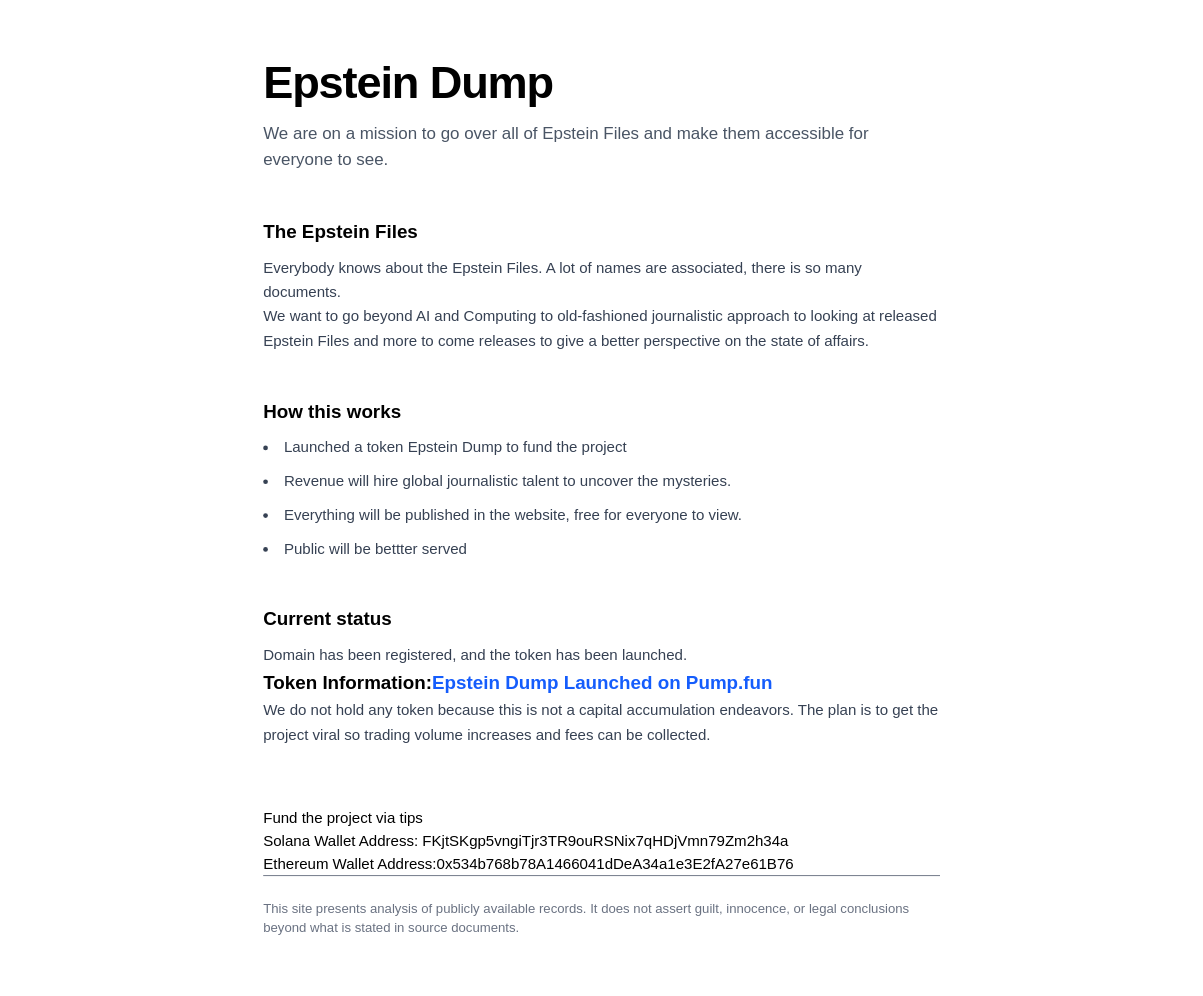
Repository: dayvoid97/epsteindump
Page: /
An editor plug-in stored every save of this project. The page is shown before and after the next save, followed by the edit.
The browser window is 1280 px wide. The pictures show the whole page, at 94% of full size.
The project was rebuilt for these pictures with package versions that can differ from the ones it lists, and the page was loaded fresh each time. The framework's server and built-in components were replaced by stand-ins that run in the browser. Also part of the build but not shown: next.config.ts.

Above is the page before, as saved 2026-02-02 02:30:38.

### app/layout.tsx
import type { Metadata } from 'next'
import { Geist, Geist_Mono } from 'next/font/google'
import Script from 'next/script'
import './globals.css'

const geistSans = Geist({
  variable: '--font-geist-sans',
  subsets: ['latin'],
})

const geistMono = Geist_Mono({
  variable: '--font-geist-mono',
  subsets: ['latin'],
})

export const metadata: Metadata = {
  title: 'The Epstein Files',
  description: 'Readable analysis of publicly released Epstein-related documents.',
}

export default function RootLayout({
  children,
}: Readonly<{
  children: React.ReactNode
}>) {
  return (
    <html lang="en">
      <head>
        {/* Google Analytics (GA4) */}
        <Script
          src="https://www.googletagmanager.com/gtag/js?id=G-BQLDPN3H1B"
          strategy="afterInteractive"
        />
        <Script id="ga4-init" strategy="afterInteractive">
          {`
            window.dataLayer = window.dataLayer || [];
            function gtag(){dataLayer.push(arguments);}
            gtag('js', new Date());
            gtag('config', 'G-BQLDPN3H1B');
          `}
        </Script>
        {/* End Google Analytics */}
      </head>

      <body className={`${geistSans.variable} ${geistMono.variable} antialiased`}>{children}</body>
    </html>
  )
}

### app/page.tsx
export default function Home() {
  return (
    <main className="min-h-screen bg-white text-black">
      <div className="max-w-3xl mx-auto px-6 py-16">
        {/* Header */}
        <header className="mb-12">
          <h1 className="text-4xl md:text-5xl font-semibold tracking-tight">Epstein Dump</h1>
          <p className="mt-4 text-lg text-gray-600">
            We are on a mission to go over all of Epstein Files and make them accessible for
            everyone to see.
          </p>
        </header>

        {/* Mission */}
        <section className="mb-12">
          <h2 className="font-bold text-xl  mb-3">The Epstein Files</h2>
          <p className="text-gray-700 leading-relaxed">
            Everybody knows about the Epstein Files. A lot of names are associated, there is so many
            documents.
          </p>

          <p className="text-gray-700 leading-relaxed">
            We want to go beyond AI and Computing to old-fashioned journalistic approach to looking
            at released Epstein Files and more to come releases to give a better perspective on the
            state of affairs.
          </p>
        </section>

        {/* What to Expect */}
        <section className="mb-12">
          <h2 className="text-xl font-bold mb-3">How this works</h2>
          <ul className="space-y-3 text-gray-700 list-disc list-inside">
            <li>Launched a token Epstein Dump to fund the project</li>
            <li>Revenue will hire global journalistic talent to uncover the mysteries. </li>
            <li>Everything will be published in the website, free for everyone to view. </li>
            <li>Public will be bettter served</li>
          </ul>
        </section>

        {/* Status */}
        <section className="mb-16">
          <h2 className="text-xl font-bold mb-3">Current status</h2>
          <p className="text-gray-700 leading-relaxed">
            Domain has been registered, and the token has been launched.
          </p>
          <p className=" font-bold text-xl  leading-relaxed">
            Token Information:
            <a
              href="https://pump.fun/coin/AjRmSm4ZyLYUZ9ftCfi5yzLexpvPSRJtbccKJ99Dpump"
              className="text-blue-600"
            >
              Epstein Dump Launched on Pump.fun
            </a>
          </p>
          <p className="text-gray-700 leading-relaxed">
            We do not hold any token because this is not a capital accumulation endeavors. The plan
            is to get the project viral so trading volume increases and fees can be collected.
          </p>
        </section>

        <section>
          <h2> Fund the project via tips</h2>

          <p>
            <span>Solana Wallet Address:</span>{' '}
            <span>FKjtSKgp5vngiTjr3TR9ouRSNix7qHDjVmn79Zm2h34a</span>{' '}
          </p>
          <p>
            Ethereum Wallet Address:<span>0x534b768b78A1466041dDeA34a1e3E2fA27e61B76</span>{' '}
          </p>
        </section>

        {/* Footer */}
        <footer className="border-t pt-6 text-sm text-gray-500">
          <p>
            This site presents analysis of publicly available records. It does not assert guilt,
            innocence, or legal conclusions beyond what is stated in source documents.
          </p>
        </footer>
      </div>
    </main>
  )
}

Loaded but not shown: app/globals.css (common file)

After the next save:
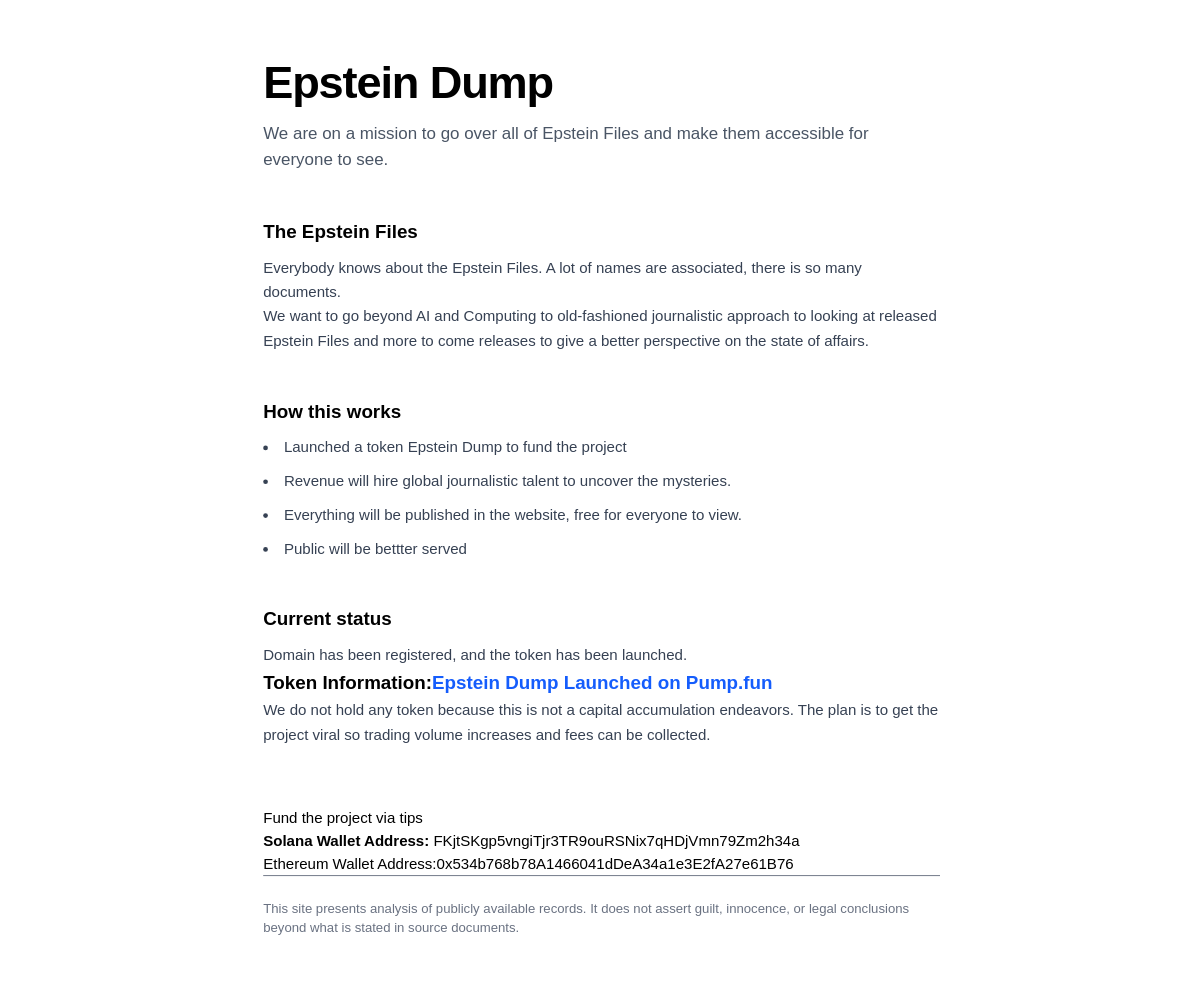
Saved 8 s later.
--- a/app/page.tsx
+++ b/app/page.tsx
@@ -62,7 +62,7 @@
           <h2> Fund the project via tips</h2>
 
           <p>
-            <span>Solana Wallet Address:</span>{' '}
+            <span className="font-bold">Solana Wallet Address:</span>{' '}
             <span>FKjtSKgp5vngiTjr3TR9ouRSNix7qHDjVmn79Zm2h34a</span>{' '}
           </p>
           <p>
